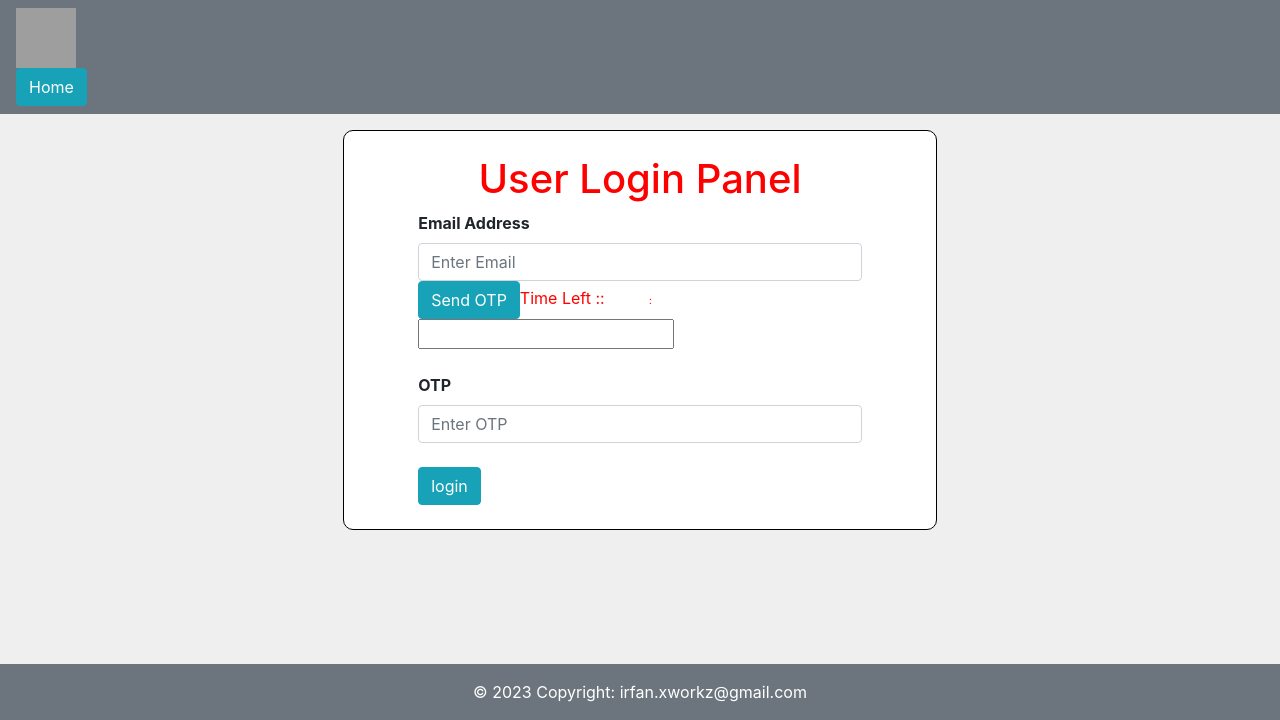
Repository: irfanxworkz/Project
Page: http://localhost/parking/UserLogin.jsp
The author's editor kept a copy of each file at every save. The page is drawn from the files as they stood at one save, then again after the next save.
The browser window is 1280 px wide. The pictures show the whole page.
Pictures or frames that could not be fetched are drawn as grey boxes. The page is served by Tomcat 9. Other server files are loaded and not shown.

Above is the page before, as saved 2023-07-12 09:44:37.
Console error: SyntaxError: Unexpected identifier 'secs'

### parking/src/main/webapp/UserLogin.jsp
<%@ page language="java" contentType="text/html; charset=UTF-8"
    pageEncoding="UTF-8"%>
<!DOCTYPE html>
<html>
<head>
<meta charset="UTF-8">
<title>AdminPanel</title>
<link rel="stylesheet"
	href="https://cdn.jsdelivr.net/npm/bootstrap@4.4.1/dist/css/bootstrap.min.css">
	<link rel="stylesheet" href="Parking.css">
	<script>
		var mins=5;
		var secs=mins*60;
		function countdown(){
			setTimeout('Decrement()', 60);
		}
			function Decrement(){
				if(document.getElementById){
					minutes=document.getElementById("minutes");
					seconds=document.getElementById("seconds");
					if(seconds<59){
						seconds.value=secs;
					}
					else{
						minutes.value=getminutes();
						seconds.value=getseconds();
					}
					if(min<1) {
						minutes.style.color="red";
						seconds.style.coor="red";
					}
					if(mins<0){
						alert('time up');
						minutes.value=0;
						seconds.value=0;
					}
					else{
						secs--;
						setTimeout('Decrement()', 1000);
					}
				}
			}

			function getminutes(){
				mins=Math.floor(secs/60);
				return mins;
			}

			function getseconds(){
				retun secs-Math.round(mins*60);
			}

	</script>
</head>
<header>
	<div class="fixed-header">
		<nav class="navbar navbar-dark bg-secondary justify-content-between">
			<img src="https://w7.pngwing.com/pngs/974/17/png-transparent-car-park-parking-computer-icons-parking-text-rectangle-logo-thumbnail.png" alt="" width="60" height="60">
		    <a  href="Home.jsp" class="btn btn-info" type="button" style="margin-right: 1150px;">Home</a>
		</nav>
	</div>
</header>
<body >
 	<div class="container">

		<form action="user-login" method="post" style="background-color: white; margin-top: 50px; margin-left: 200px; margin-right: 200px; border: 1px solid black; border-radius: 10px;">
				<span></span><br>
				<span style="color: green;">${successMsg }</span>
				<h1 style="text-align: center; color: red;">User Login Panel</h1>
			<div class="container">
			<label for="email"><b>Email Address</b></label>
			<!--  <span style="color: red;"> Time Left ::</span><br><br> -->
			    <input type="email" name="email" class="form-control" placeholder="Enter Email" required="required"><input type="submit" value="Send OTP" onclick="countdown();" class="btn btn-info" ><span style="color: red;">Time Left :: <input id="minutes" type="text" style="width: 8%; border: none; font-size: 16px; font-weight: bold;"> <font size="1"> : </font> <input id="seconds" type="text"> </span><br><br>


			<label for="otp"><b>OTP</b></label>
			    <input type="text" name="otp" class="form-control" placeholder="Enter OTP"><br>
			 	 <input type="submit" value="login"  class="btn btn-info"><br>
			 	<span></span><br>
			</div>
		</form>
	</div>
</body>
	<div class="fixed-footer">
		<footer class="bg-secondary text-white">
		    <div class="text-center p-3" style="background-color: secondary;">
		      © 2023 Copyright:
		      <a class="text-white" href="https://irfan.xworkz@gmail.com/">irfan.xworkz@gmail.com</a>
		    </div>
		 </footer>
	</div>
</html>

### parking/src/main/webapp/Parking.css
@charset "UTF-8";



 /* Add some padding on document's body to prevent the content
    to go underneath the header and footer */
 	body{
        padding-top: 80px;
        padding-bottom: 60px;
        background-color: buttonface;
    }
    .container{
        width: 80%;
        margin: 0 auto; /* Center the DIV horizontally */
    }
    .fixed-header, .fixed-footer{
        width: 100%;
        position: fixed;

    }
    .fixed-header{
        top: 0;
    }
    .fixed-footer{
        bottom: 0;
    }


 /* using for table and body*/
 #customers {
  font-family: Arial, Helvetica, sans-serif;
  border-collapse: collapse;
  width: 100%;
}

#customers td, #customers th {
  border: 1px solid #ddd;
  padding: 8px;
}

#customers tr:nth-child(even){background-color: #f2f2f2;}

#customers tr:hover {background-color: #ddd;}

#customers th {
  padding-top: 12px;
  padding-bottom: 12px;
  text-align: left;
  background-color: #04AA6D;
  color: white;
}

After the next save:
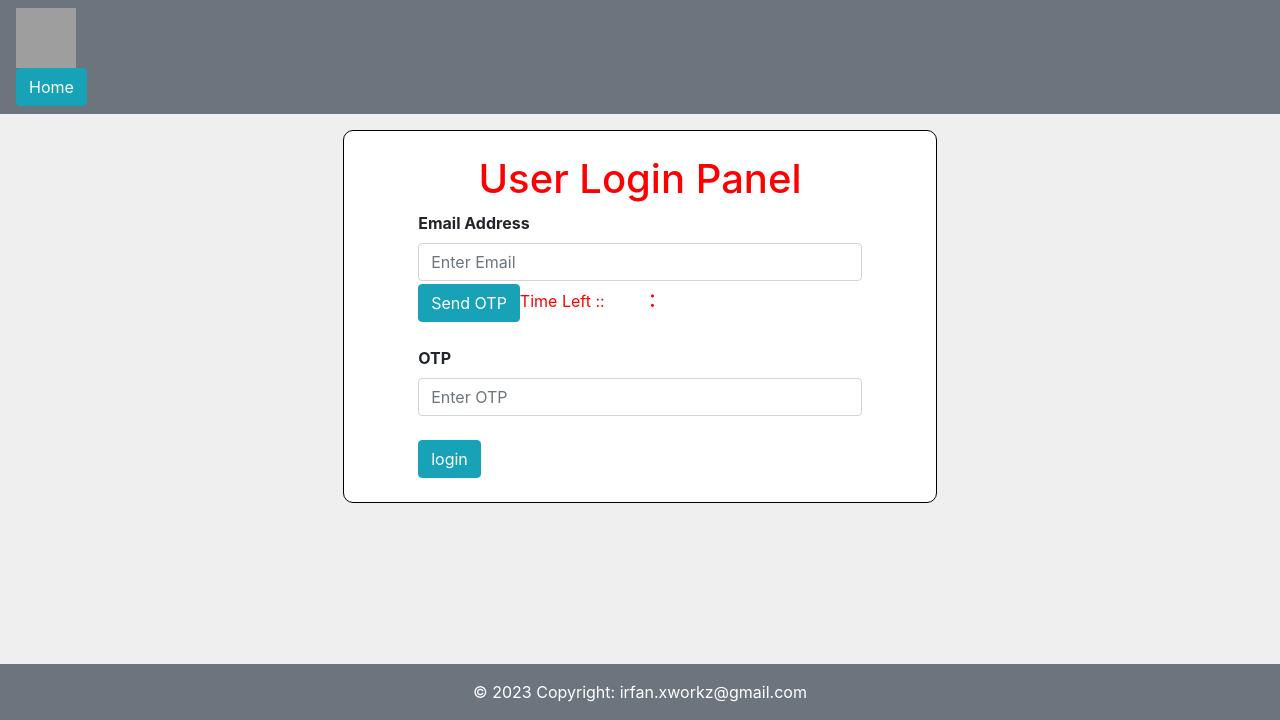
Saved 3 min 17 s later.
--- a/parking/src/main/webapp/UserLogin.jsp
+++ b/parking/src/main/webapp/UserLogin.jsp
@@ -70,7 +70,7 @@
 			<div class="container">
 			<label for="email"><b>Email Address</b></label>
 			<!--  <span style="color: red;"> Time Left ::</span><br><br> -->
-			    <input type="email" name="email" class="form-control" placeholder="Enter Email" required="required"><input type="submit" value="Send OTP" onclick="countdown();" class="btn btn-info" ><span style="color: red;">Time Left :: <input id="minutes" type="text" style="width: 8%; border: none; font-size: 16px; font-weight: bold;"> <font size="1"> : </font> <input id="seconds" type="text"> </span><br><br>
+			    <input type="email" name="email" class="form-control" placeholder="Enter Email" required="required"><input type="submit" value="Send OTP" onclick="countdown();" class="btn btn-info" ><span style="color: red;">Time Left :: <input id="minutes" type="text" style="width: 8%; border: none; font-size: 16px; font-weight: bold;"> <font size="5"> : </font> <input id="seconds" type="text" style="width: 8%; border: none; font-size: 16px; font-weight: bold;"> </span><br><br>
 
 
 			<label for="otp"><b>OTP</b></label>
